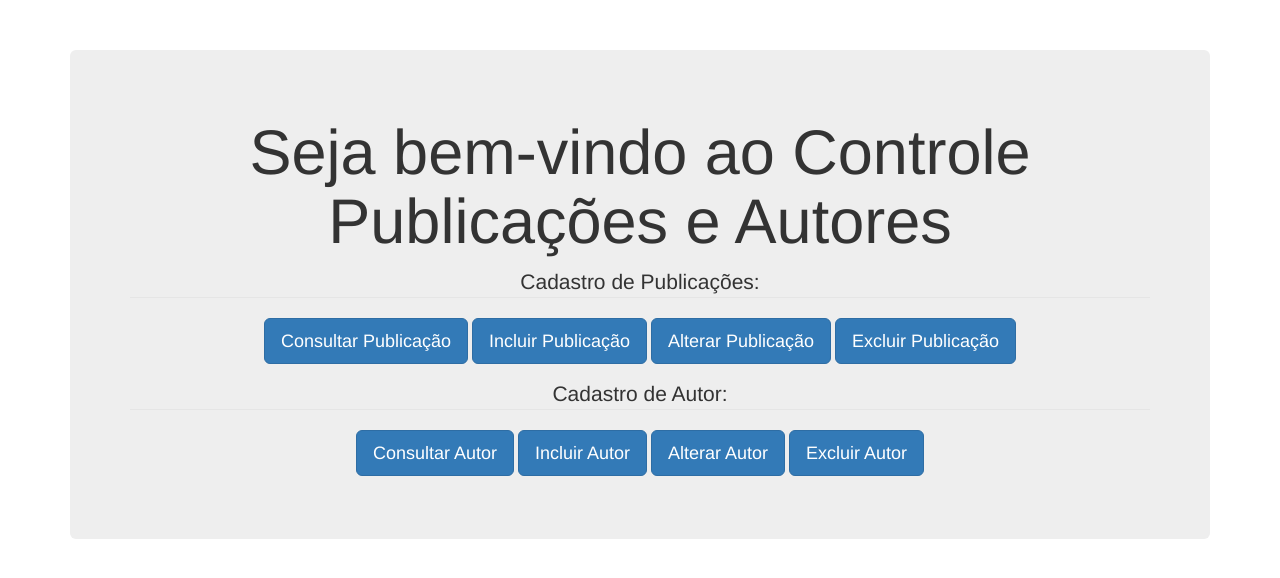
Repository: fabriciofelipe/mestrado-tesd-soa
Page: http://localhost/PublicacaoConsumer/WEB-INF/views/index.jsp
The author's editor kept a copy of each file at every save. The page is drawn from the files as they stood at one save, then again after the next save.
The browser window is 1280 px wide. The pictures show the whole page.
Some web libraries are served in a nearby version. The page is served by Tomcat 9. Nobody is signed in. Other server files are loaded and not shown. The template is opened directly, without the code that normally fills it, so the values that code supplies are empty.

Above is the page before, as saved 2017-04-14 23:12:33.
Console error (its wording comes from the project's code and is left out).

### projetoSoap/PublicacaoConsumer/WebContent/WEB-INF/views/index.jsp
<!DOCTYPE html>
<html>
    <head>
        <meta http-equiv="Content-Type" content="text/html; charset=UTF-8" />
        <title>ListaVIP</title>
        <link href="https://maxcdn.bootstrapcdn.com/bootstrap/3.3.7/css/bootstrap.min.css" rel="stylesheet" />
    </head>
    <body>
    <div class="container">
        <div class="jumbotron" align="center" style="margin-top: 50px;">
            <h1>Seja bem-vindo ao Controle Publicações e Autores</h1>
   <fieldset class="form-group"><legend>Cadastro de Publicações:</legend>
            <div align="center">
                <a href="publicacoes" class="btn btn-lg btn-primary">Consultar Publicação</a>
                <a href="cadastrarPublicacao" class="btn btn-lg btn-primary">Incluir Publicação</a>
                <a href="alterarPublicacao" class="btn btn-lg btn-primary">Alterar Publicação</a>
                <a href="excluirPublicacao" class="btn btn-lg btn-primary">Excluir Publicação</a>
            </div>
     </fieldset>
       <fieldset class="form-group"><legend>Cadastro de Autor:</legend>
            <div align="center">
                <a href="autores" class="btn btn-lg btn-primary">Consultar Autor</a>
                <a href="cadastrarAutor" class="btn btn-lg btn-primary">Incluir Autor</a>
                <a href="alterarAutor" class="btn btn-lg btn-primary">Alterar Autor</a>
                <a href="excluirAutor" class="btn btn-lg btn-primary">Excluir Autor</a>
            </div>
     </fieldset>
        </div>
        </div>
    <script src="https://maxcdn.bootstrapcdn.com/bootstrap/3.3.7/js/bootstrap.min.js"></script>
     <script src="https://ajax.googleapis.com/ajax/libs/jquery/1.11.0/jquery.min.js "></script>
    </body>
</html>

After the next save:
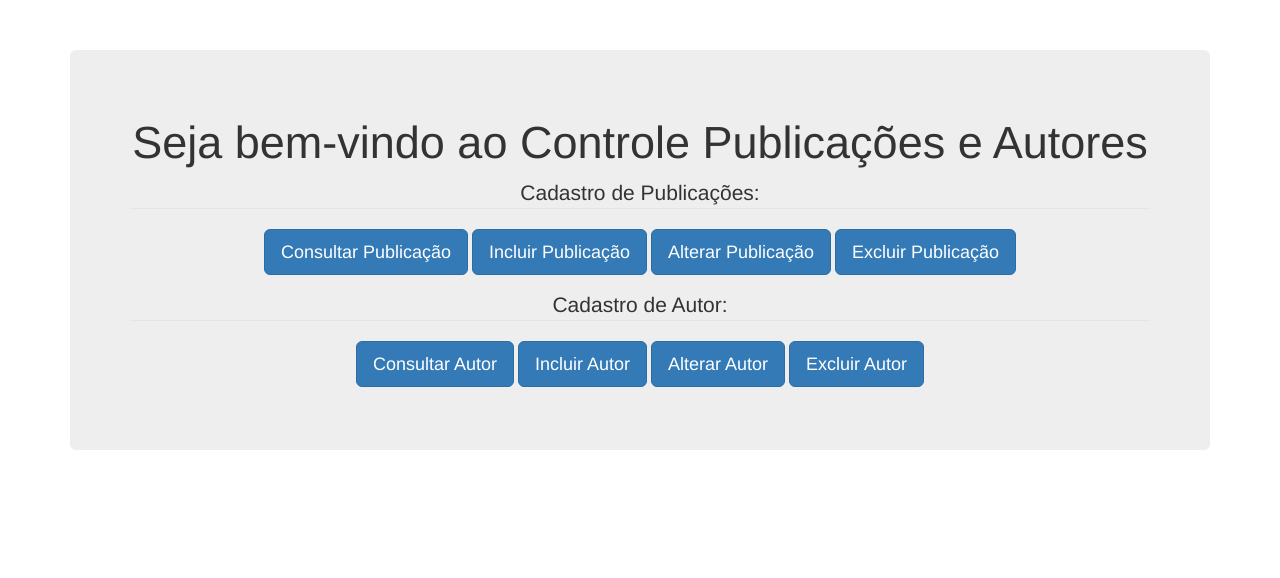
Saved 73 s later.
--- a/projetoSoap/PublicacaoConsumer/WebContent/WEB-INF/views/index.jsp
+++ b/projetoSoap/PublicacaoConsumer/WebContent/WEB-INF/views/index.jsp
@@ -8,7 +8,7 @@
     <body>
     <div class="container">
         <div class="jumbotron" align="center" style="margin-top: 50px;">
-            <h1>Seja bem-vindo ao Controle Publicações e Autores</h1>
+            <h1 style="font-size: 45px;">Seja bem-vindo ao Controle Publicações e Autores</h1>
    <fieldset class="form-group"><legend>Cadastro de Publicações:</legend>
             <div align="center">
                 <a href="publicacoes" class="btn btn-lg btn-primary">Consultar Publicação</a>
